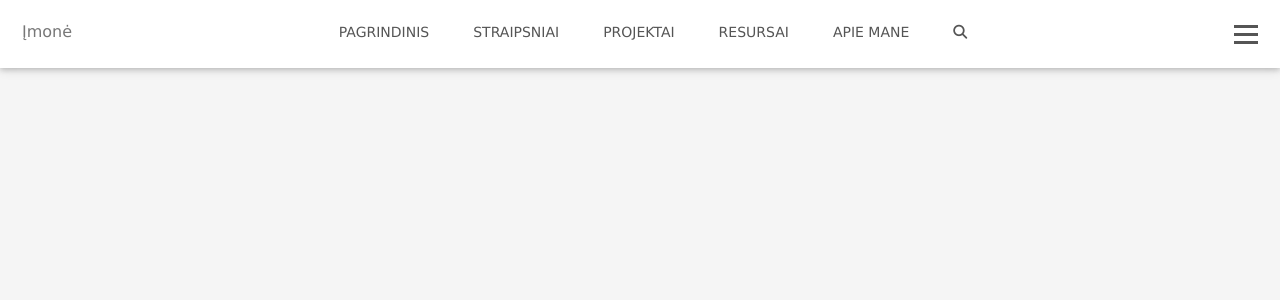
Repository: motiejus1/14-paskaita-05.31
Page: index.html
The author's editor kept a copy of each file at every save. The page is drawn from the files as they stood at one save, then again after the next save.
The browser window is 1280 px wide. The pictures show the whole page.
Some web libraries are served in a nearby version.

Above is the page before, as saved 2021-06-23 19:48:50.

### index.html
<!DOCTYPE html>
<html lang="en">
<head>
    <meta charset="UTF-8">
    <meta http-equiv="X-UA-Compatible" content="IE=edge">
    <meta name="viewport" content="width=device-width, initial-scale=1.0">
    <title>14 paskaita</title>

    <link rel="stylesheet" href="http://maxcdn.bootstrapcdn.com/font-awesome/latest/css/font-awesome.min.css">
    <style>
        html {
            font-size: 16px;
        }

        body {
            max-width: 1920px;
            margin: 0 auto;
            font-family: Verdana, Arial, sans-serif;
            line-height: 1.25rem;
            color:#333;
            background-color: #f5f5f5;
        }

        .container {
            width: 100%;
            margin: auto;
        }

        a {
            text-decoration: none;
            transition: all 0.3s ease;
        }

        .area {
            display: flex;
            /* flex-direction:row; */
            /* flex-wrap: wrap; */

            flex-flow: row wrap;
            align-items: stretch;
            justify-content: space-between;
            margin-left: auto;
        }

        .navbar-component {
            background-color: white;
            box-shadow: 0 2px 5px rgba(0,0,0,0.16), 0 2px 10px rgba(0,0,0,0.12);
        }

        .brand {
            display:block;
            font-size: 1rem;
            color: #777;
            margin: 1.375rem;
        }

        .list {
            display:flex;
        }

        .item {
            display: block;
            height: 4rem;
            line-height: 4rem;
            padding-left: 1.375rem;
            padding-right: 1.375rem;
            text-transform: uppercase;
            color: #555;
            font-size: 0.875rem;
        }

        .item.-link {
            border-bottom: 4px solid transparent;
        }

        .item.-link:hover {
            color: #333;
            border-bottom-color: #673ab7 ;
        }

        .icon {
            position:relative;
        }

        .icon, .icon:after, .icon:before {
            display: block;
            width: 1.5rem;
            height: 0.1875rem;
            background-color: #555555;
            transition: background-color 0.3s linear, transform 0.3s linear;

        }

        .icon:after, .icon:before {
            position:absolute;
            content:"";
        }

        .icon:after {
            top: 0.5rem;
        }

        .icon:before {
            top: -0.5rem;
        }

        .toggle {
            border: 0;
            background-color: transparent;
            cursor: pointer;
            padding: 1.375rem;
        }

        @media screen and (max-width: 720px) {

        }


    </style>
</head>
<body>
    <div class="container">
        <div class="navbar-component">
            <div class="navbar area">
                <a href="#" class="brand">Įmonė</a>

                <nav id="navigation" class="list">
                    <a href="#" class="item -link">Pagrindinis</a>
                    <a href="#" class="item -link" >Straipsniai</a>
                    <a href="#" class="item -link">Projektai</a>
                    <a href="#"class="item -link">Resursai</a>
                    <a href="#" class="item -link">Apie mane</a>
                    <span class="item">
                        <i class="fa fa-search"></i>
                    </span>
                </nav>

                <button id="hamburger" class="toggle">
                    <span class="icon"></span>
                </button>

            </div>

        </div>
    </div>

</body>
</html>

After the next save:
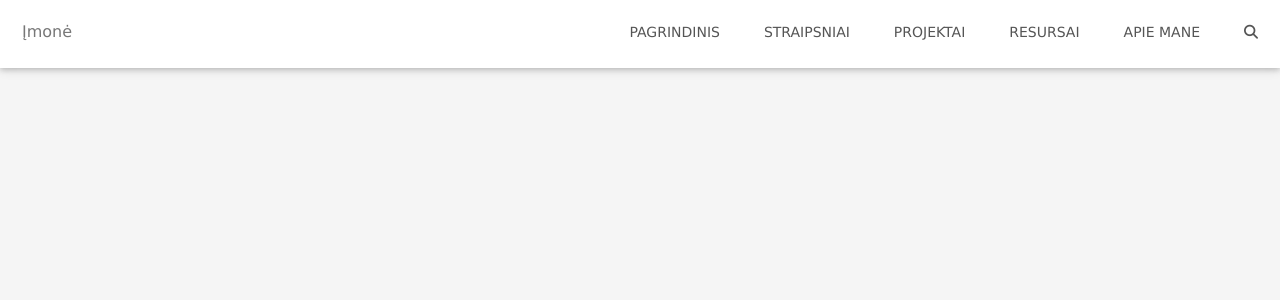
Saved 11 s later.
--- a/index.html
+++ b/index.html
@@ -105,6 +105,7 @@
         }
 
         .toggle {
+            display: none;
             border: 0;
             background-color: transparent;
             cursor: pointer;
